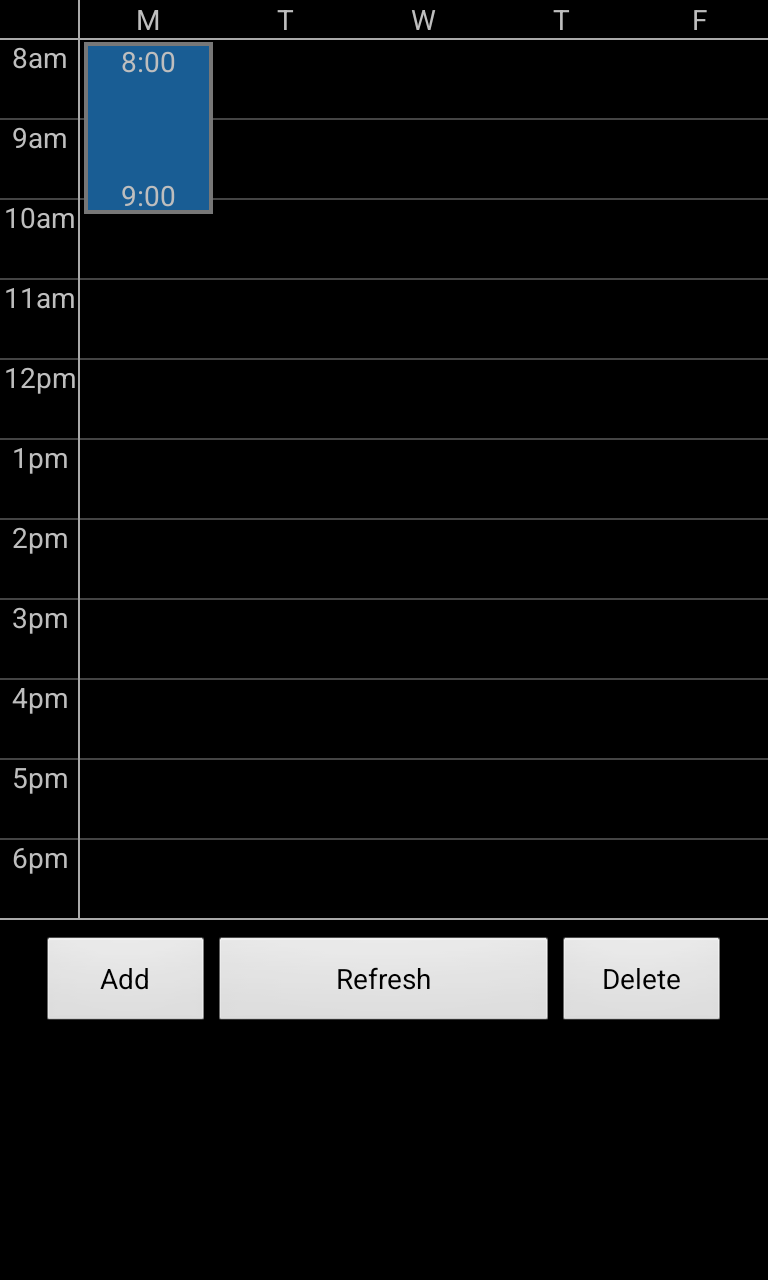
Repository: appsfactory/OfficeHours
Layout: OfficeHoursClient/res/layout/activity_schedule_view.xml
These files come from the project's save history. The layout is drawn as it stood at one moment and after the next save; the edit follows.
It is drawn on a 768 x 1280 px phone screen (xhdpi) without system bars, with theme AppTheme; the app's code is not run.

Above is the layout before, as saved 2012-09-28 14:06:42.

After the next save:
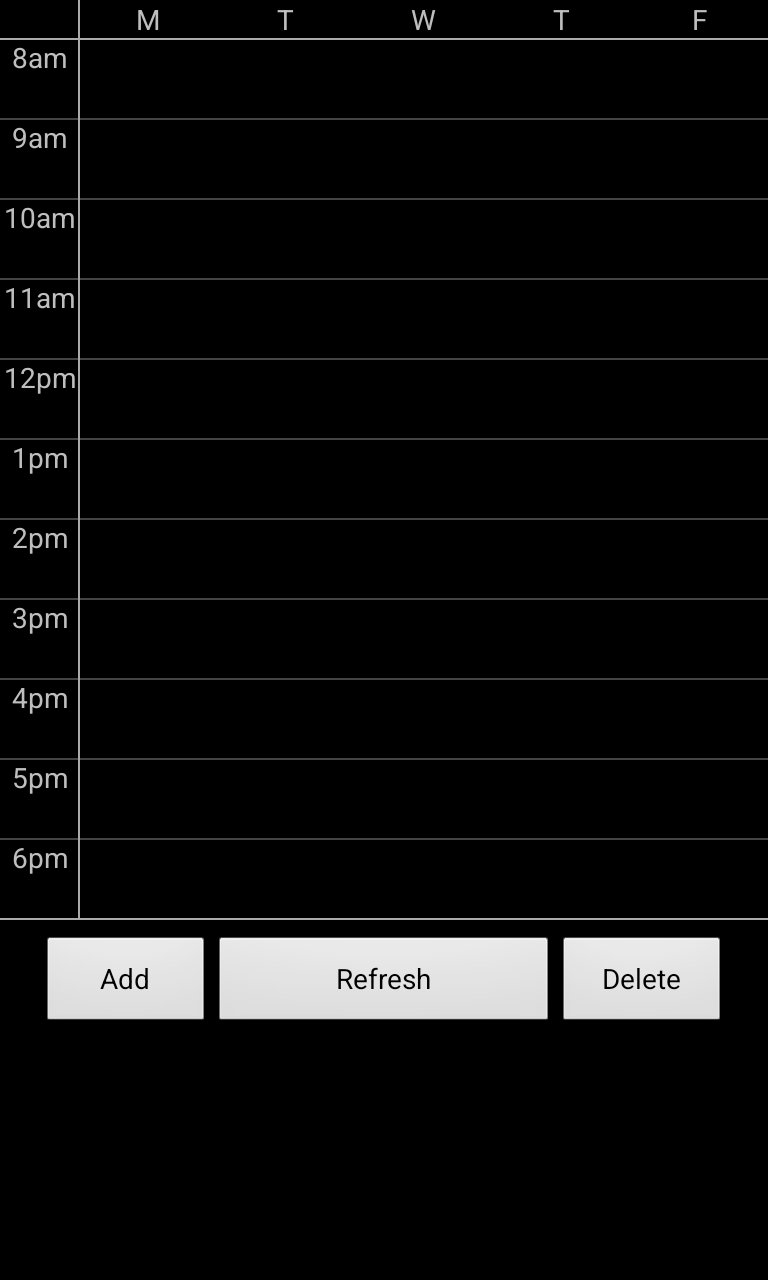
Saved 22 min 3 s later.
--- a/OfficeHoursClient/res/layout/activity_schedule_view.xml
+++ b/OfficeHoursClient/res/layout/activity_schedule_view.xml
@@ -236,7 +236,7 @@
                             android:layout_width="0dp"
                             android:layout_height="match_parent"
                             android:layout_weight="1" >
-							<RelativeLayout
+							<!-- <RelativeLayout
 							    android:layout_width="fill_parent"
 							    android:layout_height="86dp"
 							    android:layout_margin="2dp"
@@ -255,7 +255,7 @@
 							    	android:text="9:00"
 							    	android:gravity="center_horizontal"/>
 
-							</RelativeLayout>
+							</RelativeLayout> -->
 
 
                         </RelativeLayout>
